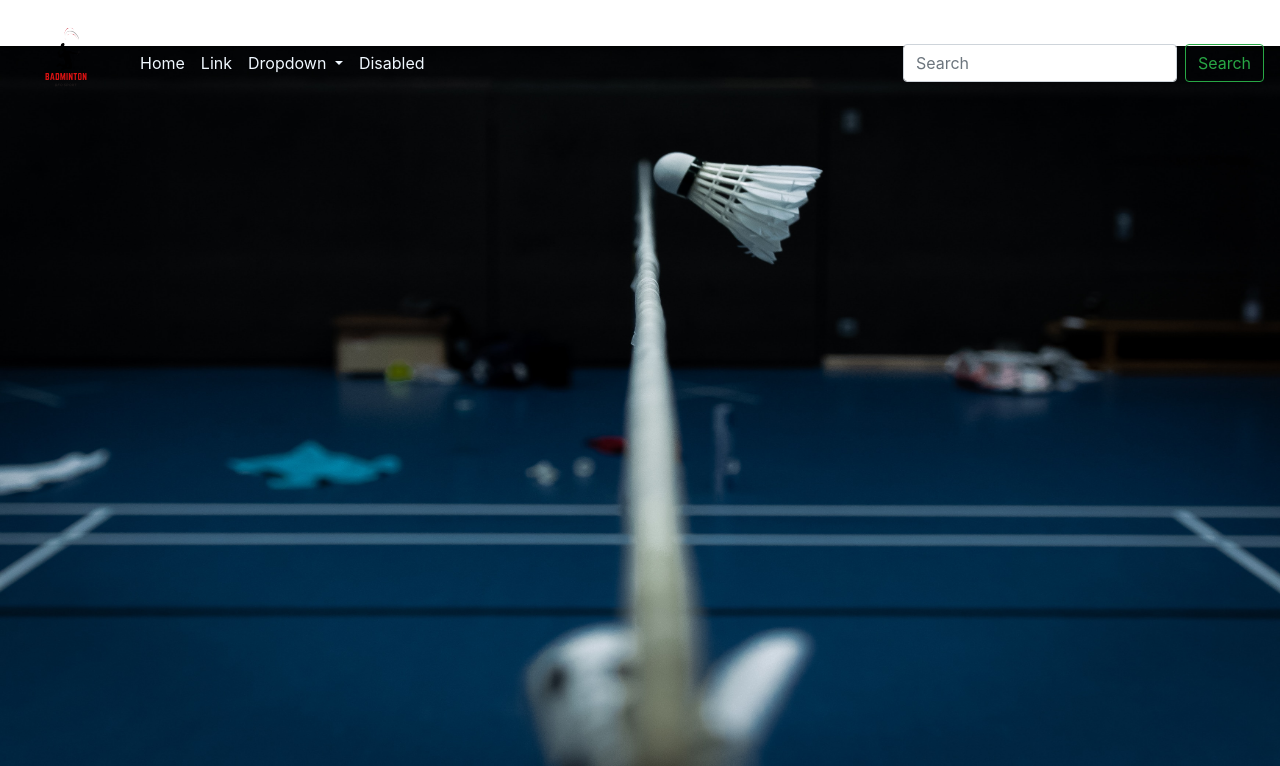
Repository: tsthuy/Badminton
Page: index.html
The author's editor kept a copy of each file at every save. The page is drawn from the files as they stood at one save, then again after the next save.
The browser window is 1280 px wide. The pictures show the whole page.
Some web libraries are served in a nearby version.

Above is the page before, as saved 2023-10-13 20:10:19.

After the next save:
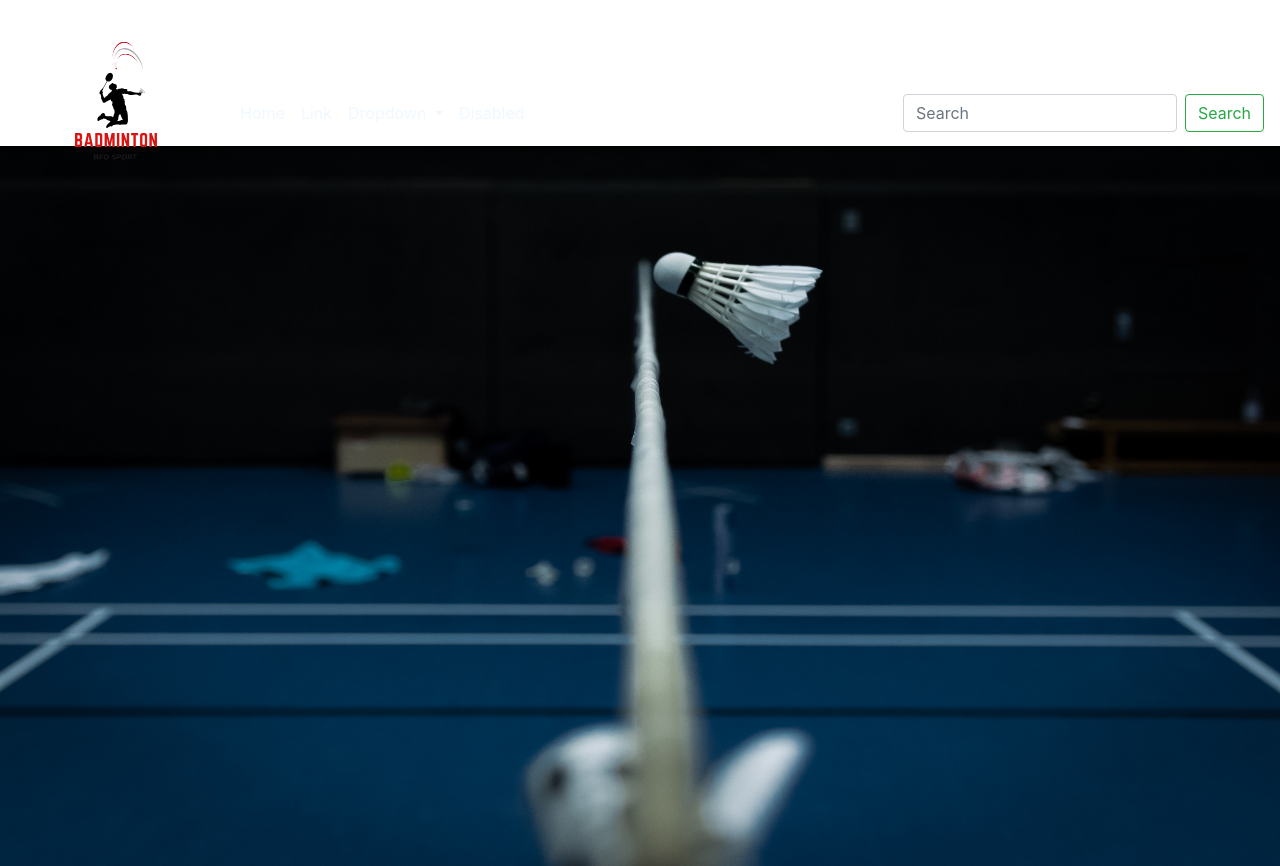
Saved 8 s later.
--- a/main.css
+++ b/main.css
@@ -1,5 +1,5 @@
 .logo
 {
-    width: 100px;
+    width: 200px;
 
 }
